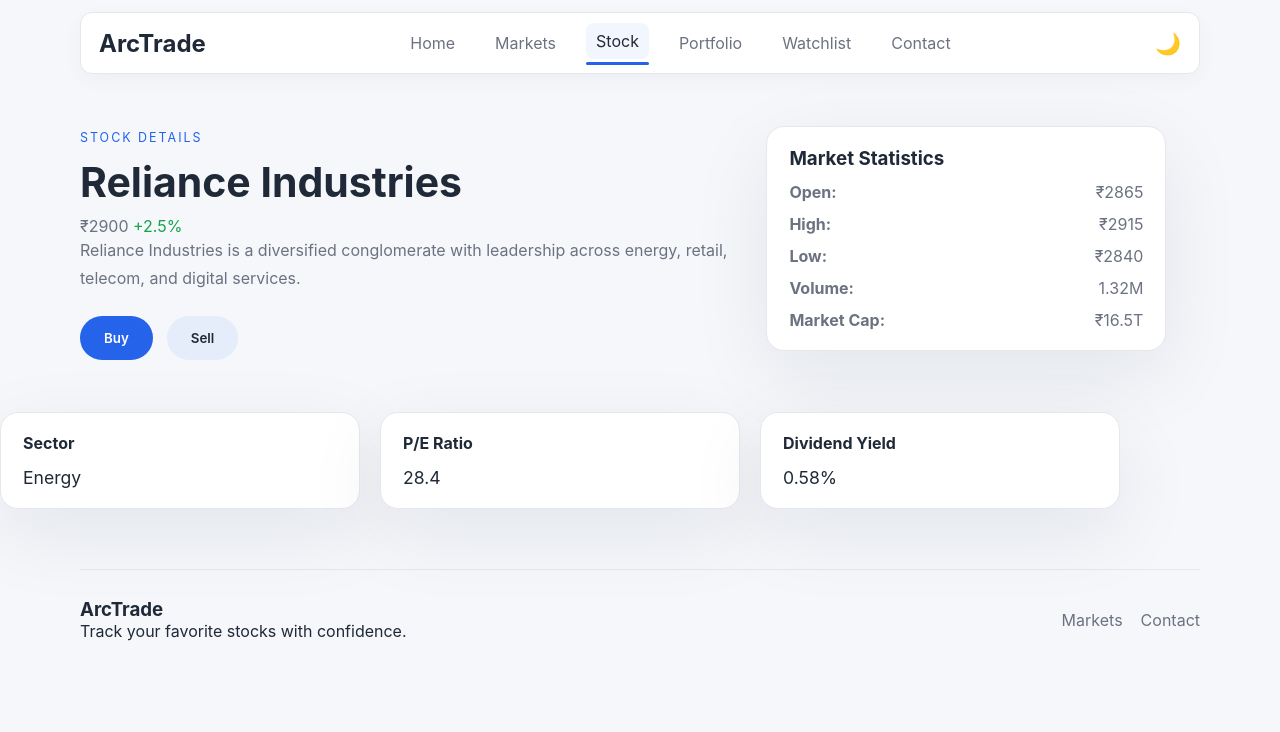
Repository: jaganathvinodkumar-dev/arctrade
Page: stock.html
The author's editor kept a copy of each file at every save. The page is drawn from the files as they stood at one save, then again after the next save.
The browser window is 1280 px wide. The pictures show the whole page.

Above is the page before, as saved 2026-06-04 13:54:54.

### stock.html
<!DOCTYPE html>
<html lang="en">
<head>
  <meta charset="UTF-8">
  <meta name="viewport" content="width=device-width, initial-scale=1.0">
  <title>ArcTrade | Stock Details</title>
  <link rel="stylesheet" href="css/style.css">
  <link rel="stylesheet" href="css/responsive.css">
</head>
<body>
  <header class="navbar">
    <div class="brand"><a href="index.html">ArcTrade</a></div>
    <button class="nav-toggle" id="nav-toggle" aria-label="Toggle navigation">☰</button>
    <nav class="nav-menu" id="nav-menu">
      <a href="index.html">Home</a>
      <a href="markets.html">Markets</a>
      <a href="stock.html">Stock</a>
      <a href="portfolio.html">Portfolio</a>
      <a href="watchlist.html">Watchlist</a>
      <a href="contact.html">Contact</a>
    </nav>
    <button class="theme-toggle" id="theme-btn">🌙</button>
  </header>

  <main>
    <section class="stock-hero">
      <div>
        <span class="eyebrow">Stock Details</span>
        <h1>Reliance Industries</h1>
        <p>₹2900 <span class="tag up">+2.5%</span></p>
        <p class="stock-description">Reliance Industries is a diversified conglomerate with leadership across energy, retail, telecom, and digital services.</p>
        <div class="cta-group">
          <button id="buy-btn" class="btn btn-primary">Buy</button>
          <button id="sell-btn" class="btn btn-secondary">Sell</button>
        </div>
      </div>
      <div class="stock-summary-card">
        <h3>Market Statistics</h3>
        <ul>
          <li><strong>Open:</strong> ₹2865</li>
          <li><strong>High:</strong> ₹2915</li>
          <li><strong>Low:</strong> ₹2840</li>
          <li><strong>Volume:</strong> 1.32M</li>
          <li><strong>Market Cap:</strong> ₹16.5T</li>
        </ul>
      </div>
    </section>

    <section class="stock-detail-cards">
      <div class="detail-card">
        <h4>Sector</h4>
        <p>Energy</p>
      </div>
      <div class="detail-card">
        <h4>P/E Ratio</h4>
        <p>28.4</p>
      </div>
      <div class="detail-card">
        <h4>Dividend Yield</h4>
        <p>0.58%</p>
      </div>
    </section>
  </main>

  <footer class="site-footer">
    <div><h3>ArcTrade</h3><p>Track your favorite stocks with confidence.</p></div>
    <div class="footer-links"><a href="markets.html">Markets</a><a href="contact.html">Contact</a></div>
  </footer>

  <script src="js/theme.js"></script>
  <script src="js/app.js"></script>
</body>
</html>

### css/style.css
:root {
  --bg: #f5f7fb;
  --surface: #ffffff;
  --surface-strong: #ffffff;
  --text: #1f2937;
  --text-muted: #6b7280;
  --primary: #2563eb;
  --primary-hover: #1d4ed8;
  --success: #16a34a;
  --danger: #dc2626;
  --border: #e5e7eb;
  --shadow: 0 24px 80px rgba(15, 23, 42, 0.08);
}

body.dark {
  --bg: #0f172a;
  --surface: #111827;
  --surface-strong: #0f172a;
  --text: #e2e8f0;
  --text-muted: #94a3b8;
  --primary: #5b8cff;
  --primary-hover: #3b82f6;
  --success: #22c55e;
  --danger: #f97316;
  --border: #334155;
  --shadow: 0 24px 80px rgba(0, 0, 0, 0.28);
}

/* Load Inter font as primary */
@import url('https://fonts.googleapis.com/css2?family=Inter:wght@300;400;600;700;800&display=swap');

* {
  margin: 0;
  padding: 0;
  box-sizing: border-box;
}

html {
  scroll-behavior: smooth;
}

body {
  font-family: Inter, Arial, sans-serif;
  background: var(--bg);
  color: var(--text);
  min-height: 100vh;
  transition: background 0.35s ease, color 0.35s ease;
}

a {
  color: inherit;
  text-decoration: none;
}

button,
input,
textarea {
  font-family: inherit;
}

.navbar {
  width: min(1120px, calc(100% - 40px));
  margin: 12px auto;
  padding: 12px 18px;
  display: flex;
  align-items: center;
  justify-content: space-between;
  gap: 16px;
  background: var(--surface);
  border: 1px solid var(--border);
  border-radius: 12px;
  box-shadow: 0 6px 20px rgba(15,23,42,0.04);
}

.brand a {
  font-size: 1.5rem;
  font-weight: 700;
  color: var(--text);
}

.brand a:hover{color:var(--primary)}

.nav-menu {
  display: flex;
  gap: 20px;
  align-items: center;
}

.nav-menu a {
  color: var(--text-muted);
  position: relative;
  transition: color 0.18s ease, transform 0.12s ease;
  padding: 8px 10px;
  border-radius: 8px;
}

.nav-menu a:hover,
.nav-menu a.active {
  color: var(--text);
  transform: translateY(-2px);
  background: rgba(37,99,235,0.06);
}

.nav-menu a.active::after {
  content: '';
  position: absolute;
  left: 0;
  bottom: -6px;
  width: 100%;
  height: 3px;
  background: var(--primary);
  border-radius: 999px;
}

.nav-toggle,
.theme-toggle {
  border: none;
  background: transparent;
  font-size: 1.3rem;
  cursor: pointer;
  color: var(--text);
}

.theme-toggle {
  display: inline-flex;
}

.nav-toggle {
  display: none;
}

.main,
footer,
section {
  width: min(1120px, calc(100% - 40px));
  margin: 0 auto;
}

.hero-section,
.stock-hero,
.portfolio-hero,
.contact-hero,
.page-intro {
  display: grid;
  grid-template-columns: 1.2fr 0.8fr;
  gap: 36px;
  align-items: center;
  padding: 40px 0 20px;
}

.hero-copy h1,
.page-intro h1,
.stock-hero h1,
.contact-hero h1 {
  font-size: clamp(2rem, 3.2vw, 3.2rem);
  line-height: 1.05;
  margin-bottom: 16px;
}

.eyebrow {
  display: inline-block;
  margin-bottom: 16px;
  color: var(--primary);
  text-transform: uppercase;
  letter-spacing: 0.16em;
  font-size: 0.78rem;
}

.hero-copy p,
.stock-description,
.page-intro p,
.contact-hero p {
  max-width: 720px;
  color: var(--text-muted);
  line-height: 1.75;
}

.hero-actions,
.cta-group,
.watchlist-controls,
.form-actions {
  display: flex;
  flex-wrap: wrap;
  gap: 14px;
  margin-top: 24px;
}

.btn {
  border: none;
  border-radius: 999px;
  padding: 14px 24px;
  cursor: pointer;
  font-weight: 600;
  transition: transform 0.2s ease, background 0.2s ease;
}

.btn-primary {
  background: var(--primary);
  color: white;
}

.btn-primary:hover {
  background: var(--primary-hover);
}

.btn-secondary {
  background: rgba(37, 99, 235, 0.08);
  color: var(--text);
}

.btn:hover {
  transform: translateY(-1px);
}

.market-card,
.testimonial-card,
.feature-card,
.index-card,
.market-panel,
.stock-summary-card,
.detail-card,
.mini-card,
.holdings-table,
.contact-card,
.watchlist-card {
  background: var(--surface);
  border: 1px solid var(--border);
  border-radius: 18px;
  box-shadow: var(--shadow);
  padding: 20px 22px;
  transition: transform 0.2s ease, background 0.35s ease, border-color 0.35s ease;
}

.market-card:hover,
.testimonial-card:hover,
.feature-card:hover,
.index-card:hover,
.market-panel:hover,
.stock-summary-card:hover,
.detail-card:hover,
.mini-card:hover,
.contact-card:hover,
.watchlist-card:hover {
  transform: translateY(-4px);
}

.market-card__header {
  display: flex;
  justify-content: space-between;
  align-items: center;
  margin-bottom: 18px;
  font-weight: 600;
}

.market-card__body p {
  color: var(--text-muted);
  line-height: 1.7;
}

.info-grid,
.feature-grid,
.testimonial-grid,
.index-grid,
.trending-grid,
.portfolio-cards,
.holdings-table,
.watchlist-grid {
  display: grid;
  gap: 20px;
}

.info-grid {
  grid-template-columns: repeat(3, minmax(220px, 1fr));
}

.feature-grid {
  grid-template-columns: repeat(4, minmax(210px, 1fr));
}

.testimonial-grid {
  grid-template-columns: repeat(3, minmax(240px, 1fr));
}

.index-grid {
  grid-template-columns: repeat(3, minmax(220px, 1fr));
}

.trending-grid {
  grid-template-columns: repeat(3, minmax(240px, 1fr));
}

.portfolio-cards {
  grid-template-columns: repeat(3, minmax(180px, 1fr));
}

.watchlist-grid {
  grid-template-columns: repeat(3, minmax(240px, 1fr));
}

.feature-card h3,
.testimonial-card h4,
.market-panel h3,
.detail-card h4,
.mini-card h4 {
  margin-bottom: 14px;
}

.testimonial-card p {
  color: var(--text-muted);
  margin-bottom: 22px;
  line-height: 1.75;
}

.testimonial-card span,
.market-summary div h3 {
  color: var(--text-muted);
}

.section-heading {
  margin-bottom: 26px;
}

.section-heading h2 {
  font-size: clamp(1.6rem, 2.1vw, 2.2rem);
  line-height: 1.1;
}

.empty-state{padding:18px;color:var(--text-muted)}

.market-summary {
  margin-top: 24px;
  display: grid;
  gap: 16px;
  grid-template-columns: repeat(2, minmax(0, 1fr));
}

.market-summary div {
  background: var(--surface);
  border: 1px solid var(--border);
  border-radius: 22px;
  padding: 22px;
}

.market-summary h3,
.stock-summary-card h3,
.holdings-section h2,
.trending-section h2,
.stock-hero h1,
.contact-hero h1 {
  margin-bottom: 12px;
}

.status {
  font-weight: 700;
}

.up {
  color: var(--success);
}

.down {
  color: var(--danger);
}

.stock-summary-card ul {
  list-style: none;
  display: grid;
  gap: 12px;
}

.stock-summary-card li {
  display: flex;
  justify-content: space-between;
  color: var(--text-muted);
}

.stock-detail-cards {
  display: grid;
  grid-template-columns: repeat(3, minmax(220px, 1fr));
  gap: 20px;
  margin: 32px 0;
}

.detail-card p,
.mini-card p {
  font-size: 1.1rem;
  margin-top: 10px;
}

.holdings-table {
  border-radius: 28px;
  overflow: hidden;
}

.table-row {
  display: grid;
  grid-template-columns: 2fr 1fr 1.5fr 1fr;
  gap: 10px;
  padding: 18px 20px;
  align-items: center;
}

.table-header {
  background: var(--surface);
  border-bottom: 1px solid var(--border);
  font-weight: 700;
}

.table-row:not(.table-header) {
  background: var(--surface);
  border-bottom: 1px solid var(--border);
}

.stock-hero p,
.portfolio-value,
.stock-description,
.watchlist-section p,
.contact-card p,
.contact-form label,
.form-status {
  color: var(--text-muted);
}

.portfolio-value {
  font-size: 2.6rem;
  font-weight: 700;
  margin: 20px 0 0;
}

.watchlist-controls {
  justify-content: space-between;
  gap: 16px;
}

.watchlist-controls input,
.search-bar input,
.contact-form input,
.contact-form textarea {
  width: 100%;
  border: 1px solid var(--border);
  border-radius: 18px;
  padding: 16px 18px;
  background: var(--surface);
  color: var(--text);
}

.search-bar input {
  width: 100%;
}

.contact-form {
  display: grid;
  gap: 18px;
  padding: 32px;
  background: var(--surface);
  border: 1px solid var(--border);
  border-radius: 28px;
}

.form-row {
  display: grid;
  grid-template-columns: repeat(2, minmax(0, 1fr));
  gap: 18px;
}

.contact-form label {
  display: grid;
  gap: 10px;
  font-weight: 600;
}

.form-actions {
  align-items: center;
}

.form-status {
  font-size: 0.95rem;
}

.contact-card {
  max-width: 420px;
}

.site-footer {
  width: min(1120px, calc(100% - 40px));
  margin: 60px auto 40px;
  display: flex;
  justify-content: space-between;
  gap: 20px;
  align-items: center;
  border-top: 1px solid var(--border);
  padding-top: 28px;
}

.footer-links {
  display: flex;
  gap: 18px;
  flex-wrap: wrap;
}

.footer-links a {
  color: var(--text-muted);
}

.watchlist-card {
  display: grid;
  gap: 16px;
}

.watchlist-card h3 {
  margin-bottom: 8px;
}

.watchlist-card .watchlist-card__meta {
  display: flex;
  justify-content: space-between;
  gap: 12px;
}

.watchlist-card button {
  background: transparent;
  border: 1px solid var(--border);
  color: var(--text);
  width: 100%;
}

.market-panel {
  border-radius: 28px;
  padding: 24px;
}

.market-sections {
  display: grid;
  grid-template-columns: 1fr 1fr;
  gap: 20px;
  margin-top: 30px;
}

.stock-hero,
.contact-hero,
.portfolio-hero,
.page-intro {
  align-items: start;
}

.stock-summary-card,
.contact-card {
  max-width: 400px;
}

.page-intro .search-bar,
.watchlist-controls {
  width: 100%;
}

.toast-message {
  position: fixed;
  right: 24px;
  bottom: 24px;
  background: var(--surface-strong);
  color: var(--text);
  border: 1px solid var(--border);
  border-radius: 18px;
  padding: 14px 18px;
  box-shadow: var(--shadow);
  opacity: 0;
  transform: translateY(12px);
  transition: opacity 0.25s ease, transform 0.25s ease;
  z-index: 9999;
}

.toast-message.visible {
  opacity: 1;
  transform: translateY(0);
}

@media (max-width: 1024px) {
  .hero-section,
  .stock-hero,
  .portfolio-hero,
  .contact-hero,
  .page-intro {
    grid-template-columns: 1fr;
  }

  .feature-grid,
  .testimonial-grid,
  .index-grid,
  .trending-grid,
  .portfolio-cards,
  .stock-detail-cards,
  .watchlist-grid,
  .market-sections {
    grid-template-columns: 1fr;
  }

  .nav-menu {
    gap: 18px;
  }
}

@media (max-width: 768px) {
  .navbar {
    flex-wrap: wrap;
    justify-content: space-between;
  }

  .nav-toggle,
  .theme-toggle {
    display: inline-flex;
  }

  .nav-menu {
    width: 100%;
    display: none;
    flex-direction: column;
    background: var(--surface);
    padding: 20px;
    border: 1px solid var(--border);
    border-radius: 24px;
  }

  .nav-menu.open {
    display: flex;
  }

  .nav-menu a {
    padding: 12px 0;
    border-bottom: 1px solid var(--border);
  }

  .nav-menu a:last-child {
    border-bottom: none;
  }

  .hero-section,
  .stock-hero,
  .portfolio-hero,
  .contact-hero,
  .page-intro {
    padding: 20px 0;
  }

  .site-footer {
    flex-direction: column;
    align-items: flex-start;
  }
}

body.dark a {
  color: var(--text);
}

body.dark .navbar,
body.dark .nav-menu {
  background: rgba(15, 23, 42, 0.88);
}

body.dark .nav-menu a,
body.dark .footer-links a,
body.dark .testimonial-card span,
body.dark .market-summary div h3,
body.dark .stock-summary-card li,
body.dark .stock-hero p,
body.dark .portfolio-value,
body.dark .watchlist-section p,
body.dark .contact-card p,
body.dark .contact-form label,
body.dark .form-status {
  color: var(--text-muted);
}

body.dark .btn-secondary {
  background: rgba(255, 255, 255, 0.08);
}

body.dark .contact-form input,
body.dark .contact-form textarea,
body.dark .search-bar input,
body.dark .watchlist-controls input {
  background: var(--surface);
  border-color: var(--border);
  color: var(--text);
}

body.dark .form-status {
  color: #a5b4fc;
}

.market-card,
.testimonial-card,
.feature-card,
.index-card,
.market-panel,
.stock-summary-card,
.detail-card,
.mini-card,
.holdings-table,
.contact-card,
.watchlist-card,
.contact-form,
.navbar,
.nav-menu,
.site-footer {
  transition: background 0.35s ease, border-color 0.35s ease, color 0.35s ease, box-shadow 0.35s ease;
}

### css/responsive.css
@media(max-width:768px){

.navbar{
flex-direction:column;
gap:15px;
}

.nav-links{
flex-direction:column;
text-align:center;
}

.features{
flex-direction:column;
align-items:center;
}

.hero h1{
font-size:32px;
}

}

### js/theme.js
const themeBtn = document.getElementById('theme-btn');
const userTheme = localStorage.getItem('arctrade-theme');
const prefersDark = window.matchMedia && window.matchMedia('(prefers-color-scheme: dark)').matches;

const applyTheme = theme => {
  if (theme === 'dark') {
    document.body.classList.add('dark');
  } else {
    document.body.classList.remove('dark');
  }

  if (themeBtn) {
    themeBtn.textContent = theme === 'dark' ? '☀️' : '🌙';
  }
};

const initialTheme = userTheme || (prefersDark ? 'dark' : 'light');
applyTheme(initialTheme);

if (themeBtn) {
  themeBtn.addEventListener('click', () => {
    const current = document.body.classList.contains('dark') ? 'dark' : 'light';
    const nextTheme = current === 'dark' ? 'light' : 'dark';
    applyTheme(nextTheme);
    localStorage.setItem('arctrade-theme', nextTheme);
  });
}

### js/app.js
const initNavigation = () => {
  const navToggle = document.getElementById('nav-toggle');
  const navMenu = document.getElementById('nav-menu');
  const navLinks = document.querySelectorAll('.nav-menu a');

  if (navToggle && navMenu) {
    navToggle.addEventListener('click', () => {
      navMenu.classList.toggle('open');
    });
  }

  const currentPage = window.location.pathname.split('/').pop() || 'index.html';
  navLinks.forEach(link => {
    if (link.getAttribute('href') === currentPage) {
      link.classList.add('active');
    }
  });
};

const validateEmail = email => {
  return /^\S+@\S+\.\S+$/.test(email);
};

const initContactForm = () => {
  const form = document.getElementById('contact-form');
  if (!form) return;
  const nameInput = document.getElementById('contact-name');
  const emailInput = document.getElementById('contact-email');
  const messageInput = document.getElementById('contact-message');
  const statusText = document.getElementById('form-status');

  form.addEventListener('submit', event => {
    event.preventDefault();
    const name = nameInput.value.trim();
    const email = emailInput.value.trim();
    const message = messageInput.value.trim();

    if (!name || !email || !message) {
      statusText.textContent = 'Please fill out all fields before submitting.';
      statusText.style.color = '#dc2626';
      return;
    }

    if (!validateEmail(email)) {
      statusText.textContent = 'Please enter a valid email address.';
      statusText.style.color = '#dc2626';
      return;
    }

    statusText.textContent = 'Thanks for reaching out! We will reply soon.';
    statusText.style.color = '#16a34a';
    form.reset();
  });
};

const loadWatchlist = () => {
  const saved = localStorage.getItem('arctrade-watchlist');
  if (saved) {
    try {
      return JSON.parse(saved);
    } catch {
      return [];
    }
  }
  return [
    { symbol: 'RELI', name: 'Reliance', price: '₹2900', change: '+2.5%' },
    { symbol: 'TCS', name: 'TCS', price: '₹3850', change: '+1.2%' },
    { symbol: 'INFY', name: 'Infosys', price: '₹1700', change: '-0.4%' }
  ];
};

const saveWatchlist = list => {
  localStorage.setItem('arctrade-watchlist', JSON.stringify(list));
};

const renderWatchlist = watchlist => {
  const container = document.getElementById('watchlist-cards');
  if (!container) return;
  container.innerHTML = '';

  if (!watchlist.length) {
    container.innerHTML = '<p class="empty-state">Your watchlist is empty. Add stocks to get started.</p>';
    return;
  }

  watchlist.forEach(stock => {
    const card = document.createElement('article');
    card.className = 'watchlist-card';
    card.innerHTML = `
      <div class="watchlist-card__header">
        <h3>${stock.name}</h3>
        <span>${stock.symbol}</span>
      </div>
      <div class="watchlist-card__meta">
        <span>${stock.price}</span>
        <span class="${stock.change.startsWith('-') ? 'down' : 'up'}">${stock.change}</span>
      </div>
      <button class="btn btn-secondary" data-symbol="${stock.symbol}">Remove</button>
    `;
    container.appendChild(card);
  });
};

const initWatchlist = () => {
  const watchlist = loadWatchlist();
  const searchInput = document.getElementById('watchlist-search');
  const addButton = document.getElementById('watchlist-add-btn');
  let currentWatchlist = watchlist;

  const refresh = filtered => renderWatchlist(filtered);

  refresh(currentWatchlist);

  if (searchInput) {
    searchInput.addEventListener('input', () => {
      const query = searchInput.value.trim().toLowerCase();
      const filtered = currentWatchlist.filter(item => item.name.toLowerCase().includes(query) || item.symbol.toLowerCase().includes(query));
      refresh(filtered);
    });
  }

  if (addButton) {
    addButton.addEventListener('click', () => {
      const symbol = prompt('Enter stock symbol (example: HDFC)');
      const name = prompt('Enter company name');
      const price = prompt('Enter current price (example: ₹1200)');
      const change = prompt('Enter daily change (example: +1.2%)');
      if (!symbol || !name || !price || !change) return;
      const nextItem = { symbol: symbol.toUpperCase(), name, price, change };
      currentWatchlist = [nextItem, ...currentWatchlist];
      saveWatchlist(currentWatchlist);
      refresh(currentWatchlist);
    });
  }

  document.addEventListener('click', event => {
    const removeButton = event.target.closest('button[data-symbol]');
    if (!removeButton) return;
    const symbol = removeButton.dataset.symbol;
    currentWatchlist = currentWatchlist.filter(item => item.symbol !== symbol);
    saveWatchlist(currentWatchlist);
    refresh(currentWatchlist);
  });
};

const initStockActions = () => {
  const stockName = document.querySelector('.stock-hero h1')?.textContent?.trim() || 'this stock';
  const buyButton = document.getElementById('buy-btn');
  const sellButton = document.getElementById('sell-btn');

  const showToast = message => {
    let toast = document.querySelector('.toast-message');
    if (!toast) {
      toast = document.createElement('div');
      toast.className = 'toast-message';
      document.body.appendChild(toast);
    }
    toast.textContent = message;
    toast.classList.add('visible');

    window.setTimeout(() => {
      toast.classList.remove('visible');
    }, 2500);
  };

  if (buyButton) {
    buyButton.addEventListener('click', () => {
      showToast(`Buy order placed for ${stockName}.`);
    });
  }

  if (sellButton) {
    sellButton.addEventListener('click', () => {
      showToast(`Sell order placed for ${stockName}.`);
    });
  }
};

const initPage = () => {
  initNavigation();
  initContactForm();
  initWatchlist();
  initStockActions();
};

document.addEventListener('DOMContentLoaded', initPage);

After the next save:
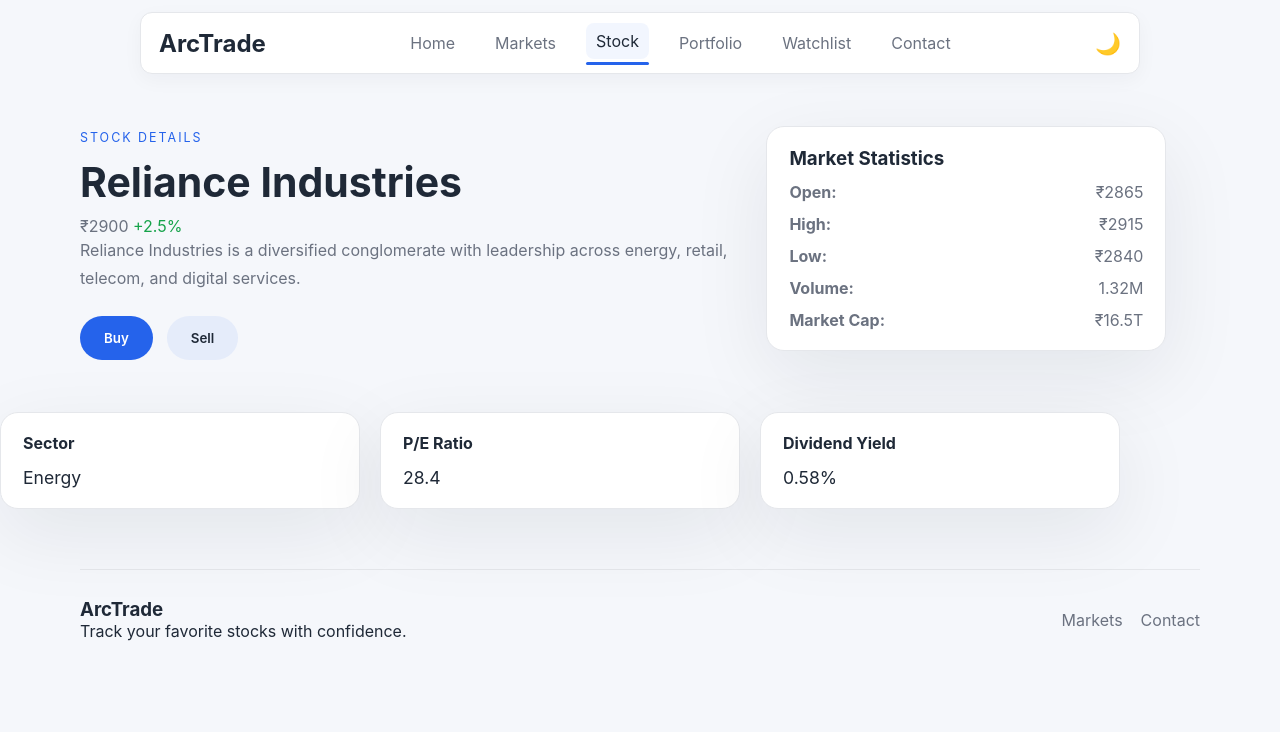
Saved 22 min 30 s later.
--- a/css/responsive.css
+++ b/css/responsive.css
@@ -1,22 +1,98 @@
-@media(max-width:768px){
+@media (max-width: 768px) {
+  .hero-section,
+  .stock-hero,
+  .portfolio-hero,
+  .contact-hero,
+  .page-intro {
+    grid-template-columns: 1fr;
+  }
 
-.navbar{
-flex-direction:column;
-gap:15px;
+  .info-grid,
+  .feature-grid,
+  .testimonial-grid,
+  .index-grid,
+  .trending-grid,
+  .portfolio-cards,
+  .stock-detail-cards,
+  .watchlist-grid,
+  .market-sections,
+  .form-row {
+    grid-template-columns: 1fr;
+  }
+
+  .nav-menu {
+    width: 100%;
+  }
 }
 
-.nav-links{
-flex-direction:column;
-text-align:center;
+@media (max-width: 1024px) {
+  .hero-section,
+  .stock-hero,
+  .portfolio-hero,
+  .contact-hero,
+  .page-intro {
+    gap: 24px;
+  }
 }
 
-.features{
-flex-direction:column;
-align-items:center;
+@media (max-width: 1440px) {
+  .navbar,
+  .main,
+  footer {
+    width: min(100%, calc(100% - 32px));
+  }
 }
 
-.hero h1{
-font-size:32px;
+/* Additional responsive refinements */
+
+@media (max-width: 768px) {
+  .navbar {
+    padding: 10px 14px;
+  }
+
+  .brand a { font-size: 1.25rem; }
+
+  .nav-toggle {
+    display: inline-flex;
+    font-size: 1.25rem;
+  }
+
+  .nav-menu {
+    display: none;
+    width: 100%;
+    margin-top: 8px;
+    padding: 14px;
+  }
+
+  .nav-menu.open {
+    display: flex;
+    flex-direction: column;
+    gap: 8px;
+  }
+
+  .nav-menu a { padding: 10px 8px; }
+
+  .theme-toggle { order: 3; }
+
+  .hero-copy h1 { font-size: 1.6rem; }
+  .section-heading h2 { font-size: 1.2rem; }
+  .testimonial-grid, .feature-grid { grid-template-columns: 1fr; }
 }
 
+@media (min-width: 769px) and (max-width: 1024px) {
+  .hero-copy h1 { font-size: 2.2rem; }
+  .brand a { font-size: 1.4rem; }
+  .index-grid, .trending-grid { grid-template-columns: repeat(2, 1fr); }
+  .feature-grid { grid-template-columns: repeat(2, minmax(180px,1fr)); }
 }
+
+@media (min-width: 1025px) and (max-width: 1440px) {
+  .hero-copy h1 { font-size: clamp(2.2rem, 3vw, 2.8rem); }
+  .index-grid { grid-template-columns: repeat(3, 1fr); }
+  .trending-grid { grid-template-columns: repeat(3, 1fr); }
+  .navbar { width: min(1000px, calc(100% - 40px)); }
+}
+
+@media (min-width: 1441px) {
+  .navbar { width: 1120px; }
+}
